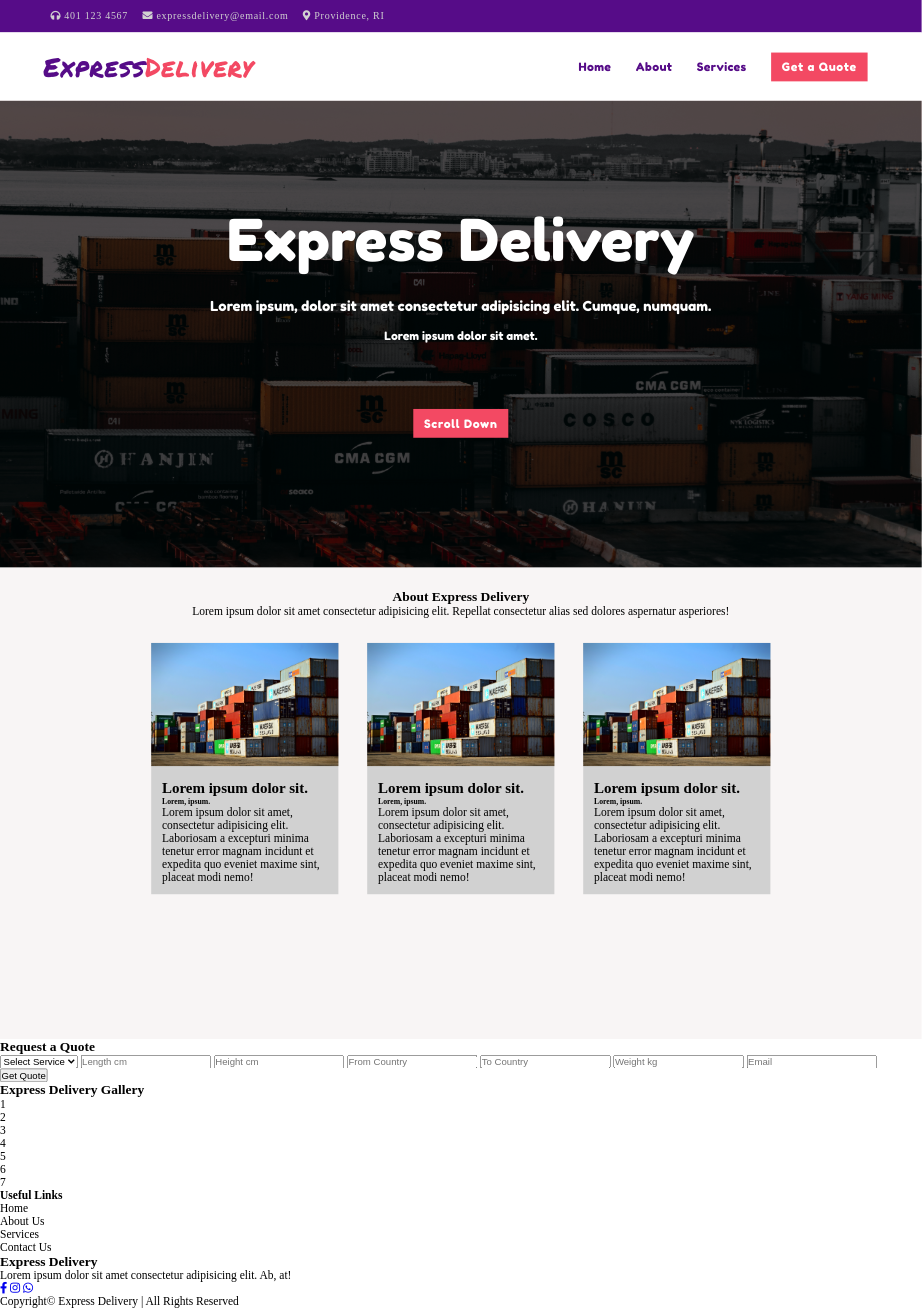
Repository: just-mann/express-delivery
Page: index.html
These files come from the project's save history. The page is drawn as it stood at one moment and after the next save; the edit follows.
The browser window is 1280 px wide. The pictures show the whole page, at 72% of full size.
The style sheet was rebuilt from its Sass, Less or Tailwind sources for each picture, by a compiler version that may differ from the author's.

Above is the page before, as saved 2021-06-30 14:32:55.

### index.html
<!DOCTYPE html>
<html lang="en">
<head>
    <meta charset="UTF-8">
    <meta http-equiv="X-UA-Compatible" content="IE=edge">
    <meta name="viewport" content="width=device-width, initial-scale=1.0">
    <meta name="author" content="Justin Kollie">
    <meta name="description" content="Reliable shipping solutions across the U.S.">
    <link rel="stylesheet" href="/css/style.css">
    <link rel="stylesheet" href="https://cdnjs.cloudflare.com/ajax/libs/font-awesome/5.15.3/css/all.min.css" referrerpolicy="no-referrer" />
    <title>Express Delivery | Your trusted delivery system</title>
</head>
<body id="top">
    <header>
        <div class="top-section">
            <p><i class="fas fa-headphones"></i> 401 123 4567</p>
            <p class="emailAdd"><i class="fas fa-envelope"></i> expressdelivery@email.com</p>
            <p><i class="fas fa-map-marker-alt"></i> Providence, RI</p>
        </div>
        <nav>
            <a href="#" class="logo"><span>Express</span>Delivery</a>
            <div class="nav__links">
                <a href="#">Home</a>
                <a href="#">About</a>
                <a href="#">Services</a>
                <a class="quoteGet" href="#contact-us">Get a Quote</a>
            </div>
        </nav>
        <section class="hero__div">
            <div class="hero__section">
                <div class="hero__overlay">
                    <h2>Express Delivery</h2>
                    <p class="firstPara">Lorem ipsum, dolor sit amet consectetur adipisicing elit. Cumque, numquam.</p>
                    <p class="secondPara">Lorem ipsum dolor sit amet.</p>
                    <a href="#aboutUs">Scroll Down</a>
                </div>
            </div>
        </section>
    </header>
    <section class="product__description">

    </section>
    <section class="aboutUs" id="aboutUs">
        <h3>About Express Delivery</h3>
        <p>
            Lorem ipsum dolor sit amet consectetur adipisicing elit.
            Repellat consectetur alias sed dolores aspernatur asperiores!
        </p>
        <div class="about__card-div">
            <div class="card">
                <div class="imgDiv">
                    <img src="/images/container_ship.jpg" alt="card1">
                </div>
                <div>
                    <h4>Lorem ipsum dolor sit.</h4>
                    <h6>Lorem, ipsum.</h6>
                    <p>
                        Lorem ipsum dolor sit amet, consectetur adipisicing elit.
                        Laboriosam a excepturi minima tenetur error magnam incidunt
                        et expedita quo eveniet maxime sint, placeat modi nemo!
                    </p>
                </div>
            </div>
            <div class="card">
                <div class="imgDiv">
                    <img src="/images/container_ship.jpg" alt="card1">
                </div>
                <div>
                    <h4>Lorem ipsum dolor sit.</h4>
                    <h6>Lorem, ipsum.</h6>
                    <p>
                        Lorem ipsum dolor sit amet, consectetur adipisicing elit.
                        Laboriosam a excepturi minima tenetur error magnam incidunt
                        et expedita quo eveniet maxime sint, placeat modi nemo!
                    </p>
                </div>
            </div>
            <div class="card">
                <div class="imgDiv">
                    <img src="/images/container_ship.jpg" alt="card1">
                </div>
                <div>
                    <h4>Lorem ipsum dolor sit.</h4>
                    <h6>Lorem, ipsum.</h6>
                    <p>
                        Lorem ipsum dolor sit amet, consectetur adipisicing elit.
                        Laboriosam a excepturi minima tenetur error magnam incidunt
                        et expedita quo eveniet maxime sint, placeat modi nemo!
                    </p>
                </div>
            </div>
        </div>
    </section>
    <section class="contact" id="contact-us">
        <h3>Request a Quote</h3>
        <form action="">
            <select name="services" id="services">
                <option>Select Service</option>
                <option value="service1">Service 1</option>
                <option value="service2">Service 2</option>
                <option value="service3">Service 3</option>
                <option value="service4">Service 4</option>
            </select>
            <input type="text" placeholder="Length cm">
            <input type="text" placeholder="Height cm">
            <input type="text" name="country-from" id="country-from" placeholder="From Country">
            <input type="text" name="country-to" id="country-to" placeholder="To Country">
            <input type="text" name="weight" id="weight" placeholder="Weight kg">
            <input type="email" name="email" id="email" placeholder="Email">
            <input type="submit" value="Get Quote">
        </form>
    </section>
    <section class="gallery">
        <h3>Express Delivery Gallery</h3>
        <div class="gallery__div">
            <div>1</div>
            <div>2</div>
            <div>3</div>
            <div>4</div>
            <div>5</div>
            <div>6</div>
            <div>7</div>
        </div>
    </section>
    <footer class="footer">
        <section class="footer__top">
            <div class="usefulLinks">
                <h4>Useful Links</h4>
                <li>Home</li>
                <li>About Us</li>
                <li>Services</li>
                <li>Contact Us</li>
            </div>
            <div>
                <h3>Express Delivery</h3>
                <p>
                    Lorem ipsum dolor sit amet consectetur adipisicing elit. Ab, at!
                </p>
                <div class="social__links">
                    <a href="#"><i class="fab fa-facebook-f"></i></a>
                    <a href="#"><i class="fab fa-instagram"></i></a>
                    <a href="#"><i class="fab fa-whatsapp"></i></a>
                </div>
            </div>
        </section>
        <section class="footer__bottom">
            <p>Copyright&copy Express Delivery | All Rights Reserved</p>
        </section>
    </footer>
</body>
</html>

### Sass/style.scss
@import 'reset';
@import 'default__styles';
@import 'mixins';

body {
    position: relative;
}


header {
    .top-section {
        background: $secondary__color;
        color: $light__white;
        display: flex;
        justify-content: flex-start;
        align-items: center;
        // padding: 15px 0px;
        @include my_container;
        height: 45px;

        p {
            // font-family: $secondary__font;
            font-size: 0.87rem;
            color: $dark__white;
            letter-spacing: 1px;
            margin: 0 10px;

            .emailAdd {
                border-left: 1px solid red;
                border-right: 1px solid red;
            }

            i {
                transition: 0.7s;
            }



            &:hover {
                i {
                    color: $primary__color;
                }
            }
        }
    }

    nav {
        // position: sticky;
        // top: 0;
        // left: 0;
        @include my_container;
        width: 100%;
        height: 95px;
        // padding: 0px 35px;
        background: $light__white;
        display: flex;
        justify-content: space-between;
        align-items: center;

        .logo {
            font-size: 2.3rem;
            color: $primary__color;
            font-weight: 450;
            letter-spacing: 1px;
            font-family: $primary__font;
            span {
                color: $secondary__color;
            }
        }

        .nav__links {
            a {
                color: $secondary__color;
                font-size: 1rem;
                margin: 0 15px;
                transition: 0.5s;
                font-family: $secondary__font;
                font-weight: 150;
                letter-spacing: 0.5px;

                &:hover {
                    color: $primary__color;
                }

            }

            .quoteGet {
                @include btn_style;
            }
        }
    }

    .hero__div {
        height: 90vh;
        z-index: 0;
        .hero__section {
            width: 100%;
            height: 100%;
            display: flex;
            justify-content: center;
            align-items: center;
            background: url('/images/heroImg.jpg') no-repeat center center / cover;

            .hero__overlay {
                // display: none;
                background: rgba(0, 0, 0, 0.678);
                height: 100%;
                width: 100%;
                display: flex;
                align-items: center;
                justify-content: center;
                flex-direction: column;
                color: $light__white;
                text-align: center;

                h2 {
                    font-size: 5rem;
                    margin-top: -30px;
                    font-family: $secondary__font;
                    font-weight: 150;
                }

                .firstPara {
                    font-family: $secondary__font;
                    font-size: 1.2rem;
                    font-weight: 300;
                    line-height: 1.4em;
                    margin: 30px 0px 6px 0px;
                }
                .secondPara {
                    font-family: $secondary__font;
                    font-size: 1rem;
                    font-weight: 300;
                    line-height: 1.4em;
                    margin: 10px 0px;
                }

                a {
                    @include btn_style;
                    margin: 80px 0px 5px 0px;
                }
            }
        }
    }
}





// About Us
.aboutUs {
    // @include my_container;
    max-width: 100%;
    min-height: 50vh;
    text-align: center;
    margin: 0px auto;
    padding-top: 30px;
    padding-bottom: 15px;
    background: rgb(248, 245, 245);

    h3 {

    }

    p {

    }

    .about__card-div {
        // background: yellow;
        max-width: 100%;
        margin: 0 auto;
        padding: 25px;
        display: grid;
        justify-content: center;
        align-items: center;
        grid-template-columns: repeat(3, 300px);

        .card {
            min-height: 500px;
            margin: 10px 20px;
            text-align: center;
            &:hover {
                // @include divShadow;
            }

            .imgDiv {
                min-height: 30%;
                padding: 0px;
            }

            img {
                width: 100%;
                min-height: 100%;
                object-fit: cover;
            }

            div {
                padding: 15px;
                margin: 0 auto;
                text-align: left;
                background: $dark__white;

                h4 {
                    font-size: 1.3rem;
                }

                h6 {

                }

                p {

                }
            }
        }
    }
}

### Sass/default__styles.scss
// Google Fonts
// @import url('https://fonts.googleapis.com/css2?family=Abel&family=Dancing+Script:wght@700&family=Fredoka+One&family=Permanent+Marker&family=Roboto:wght@100&display=swap');
@import url('https://fonts.googleapis.com/css2?family=Abel&family=Dancing+Script:wght@700&family=Fredoka+One&family=Permanent+Marker&family=Roboto:wght@100&family=Sacramento&display=swap');




// Styles for items like buttons, links, lists, and colors, fonts, etc..

// Variables
$primary__color: #F34963;
$secondary__color: #560c88;
$light__white: #ffffff;
$dark__white: #d1d1d1;
$primary__font: 'Permanent Marker', cursive;
$secondary__font: 'Fredoka One', cursive;








html {
    scroll-behavior: smooth;
}

a {
    text-decoration: none;
}

ul, li {
    list-style: none;
}

### Sass/mixins.scss
// Button Mixin
@mixin btn_style {
    border: none;
    background: $primary__color;
    color: $light__white;
    padding: 10px 15px;
    font-family: $secondary__font;
    font-weight: 150;
    letter-spacing: 1px;

    &:hover {
        color: $light__white;
        cursor: pointer;
    }
}

@mixin divShadow {
    box-shadow: -1px -3px 46px 16px rgba(0,0,0,0.23);
        -webkit-box-shadow: -1px -3px 46px 16px rgba(0,0,0,0.23);
        -moz-box-shadow: -1px -3px 46px 16px rgba(0,0,0,0.23);
}

@mixin my_container {
    padding: 0px 60px;
}


// Grid Mixin
@mixin grid($cols, $mgn) {
    float: left;
    margin-left: $mgn;
    margin-bottom: $mgn;
    width: (100% - (($cols - 1) * $mgn)) / $cols;
    &:nth-child(#{$cols}n) {
        margin-right: 0;
    }
}

Loaded but not shown: Sass/reset.scss (common file)

After the next save:
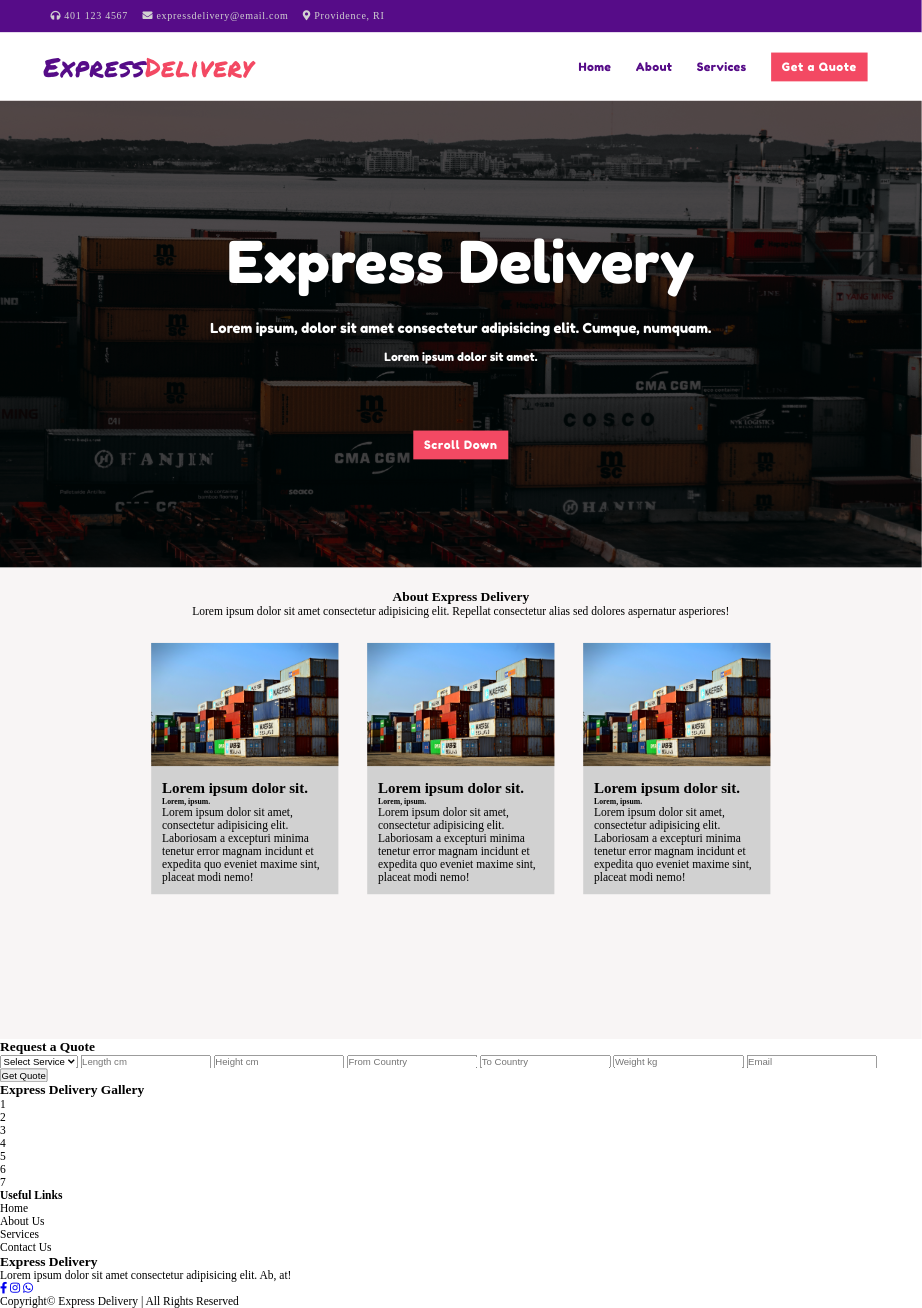
Saved 25 s later.
--- a/Sass/style.scss
+++ b/Sass/style.scss
@@ -115,9 +115,9 @@ header {
 
                 h2 {
                     font-size: 5rem;
-                    margin-top: -30px;
+                    margin-top: 30px;
                     font-family: $secondary__font;
-                    font-weight: 150;
+                    font-weight: 100;
                 }
 
                 .firstPara {
